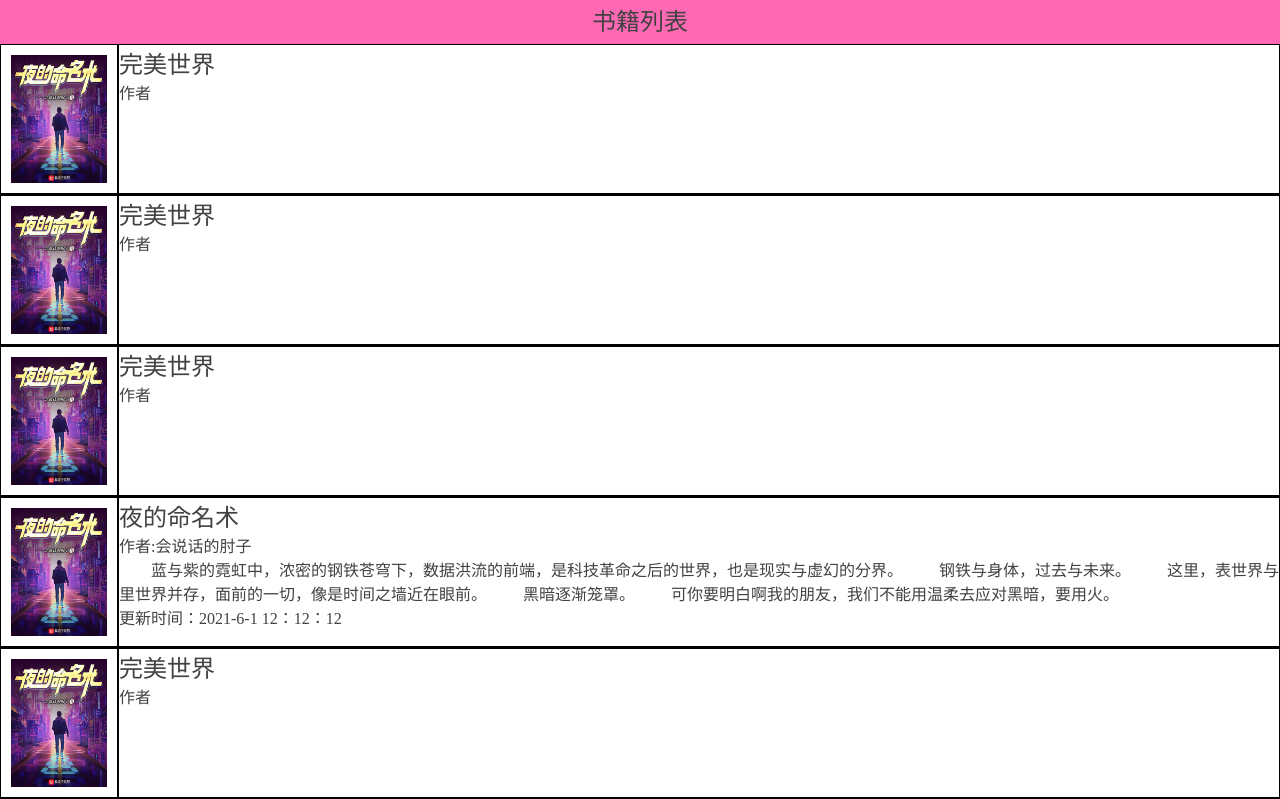
Repository: razzh7/javascript-demo
Page: 自动阅读插件/index.html
These files come from the project's save history. The page is drawn as it stood at one moment and after the next save; the edit follows.
The browser window is 1280 px wide. The pictures show the whole page.

Above is the page before, as saved 2021-06-29 10:44:52.

### 自动阅读插件/index.html
<!DOCTYPE html>
<html lang="cn">
<head>
  <meta charset="UTF-8">
  <meta http-equiv="X-UA-Compatible" content="IE=edge">
  <meta name="viewport" content="width=device-width, initial-scale=1.0">
  <title>Document</title>
  <link rel="stylesheet" href="./css/common.css" />
  <link rel="stylesheet" href="./css/index.css" />
</head>
<body>
  <div class="list-hd">
    <h2>书籍列表</h2>
  </div>
  <div class="container">
    <ul class="bk-list">
      <li class="list-item">
        <a href="#" class="item-lk">
          <div class="bk-pic">
            <img src="./img/180.jpg" alt="">
          </div>
          <div class="bk-info">
            <h2>完美世界</h2>
            <p>作者</p>
          </div>
        </a>
      </li>
      <li class="list-item">
        <a href="#" class="item-lk">
          <div class="bk-pic">
            <img src="./img/180.jpg" alt="">
          </div>
          <div class="bk-info">
            <h2>完美世界</h2>
            <p>作者</p>
          </div>
        </a>
      </li>
      <li class="list-item">
        <a href="#" class="item-lk">
          <div class="bk-pic">
            <img src="./img/180.jpg" alt="">
          </div>
          <div class="bk-info">
            <h2>完美世界</h2>
            <p>作者</p>
          </div>
        </a>
      </li>
      <li class="list-item">
        <a href="#" class="item-lk">
          <div class="bk-pic">
            <img src="./img/180.jpg" alt="">
          </div>
          <div class="bk-info">
            <h2>夜的命名术</h2>
            <p>作者:会说话的肘子</p>
            <p>　　蓝与紫的霓虹中，浓密的钢铁苍穹下，数据洪流的前端，是科技革命之后的世界，也是现实与虚幻的分界。
              　　钢铁与身体，过去与未来。
              　　这里，表世界与里世界并存，面前的一切，像是时间之墙近在眼前。
              　　黑暗逐渐笼罩。
              　　可你要明白啊我的朋友，我们不能用温柔去应对黑暗，要用火。</p>
            <p>更新时间：2021-6-1 12：12：12</p>
          </div>
        </a>
      </li>
      <li class="list-item">
        <a href="#" class="item-lk">
          <div class="bk-pic">
            <img src="./img/180.jpg" alt="">
          </div>
          <div class="bk-info">
            <h2>完美世界</h2>
            <p>作者</p>
          </div>
        </a>
      </li>
    </ul>
  </div>
</body>
</html>

### 自动阅读插件/css/common.css
body {
  margin: 0;
}
div {
  box-sizing: border-box;
}
h1,
h2,
h3,
h4,
h5,
h6,p {
  margin: 0;
  font-weight: normal;
  color: #424242;
}
ul {
  margin: 0;
  padding: 0;
}
img {
  height: 100%;
}
a {
  text-decoration: none;
}

### 自动阅读插件/css/index.css
/* 外盒子height44px */
/* background-color为什么写在color上面 */
/* 内联元素最好不要嵌套块级元素 */
/* 公共样式写img height100% -> 给img的父盒子设置宽度就可以适应高度了 */
/* 两栏32' */
/* 38' common样式表 */
/* 标准黑： #424242 */
/* 文字省略3大件
overflow: hidden
text-overflow: ellipsis
wihite-space: nowrap */
.list-hd {
  height: 44px;
  line-height: 44px;
  text-align: center;
  background-color: hotpink;
  color: #fff;
}
.container .list-item {
  height: 150px;
  border-bottom: 1px solid #000;
}
.container .list-item .item-lk {
  position: relative;
  display: block;
  height: 100%;
}
.container .list-item .bk-pic {
  position: absolute;
  top: 0;
  left: 0;
  padding: 10px;
  height: 100%;
  border: 1px solid #000;
}
.container .list-item .bk-info {
  border: 1px solid #000;
  margin-left: 118px;
  height: 100%;
}

After the next save:
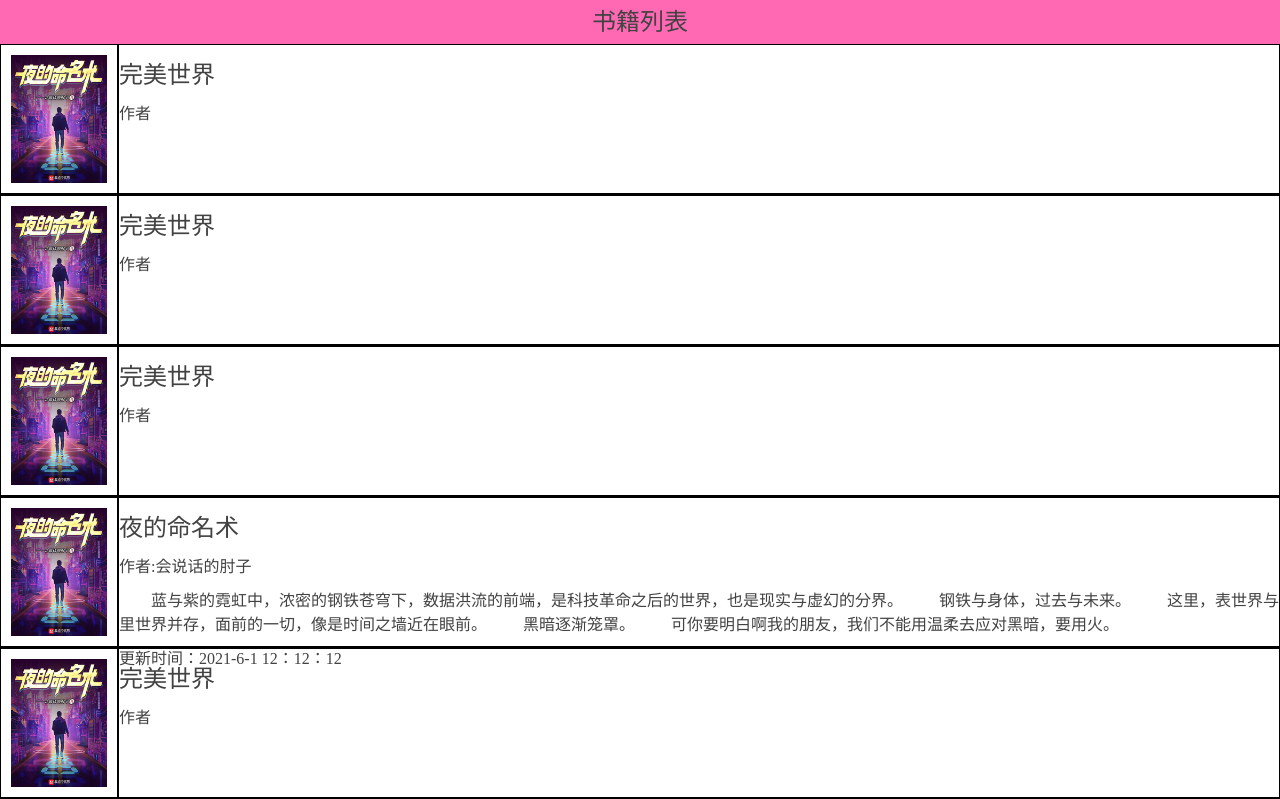
Saved 34 s later.
--- a/自动阅读插件/css/index.css
+++ b/自动阅读插件/css/index.css
@@ -38,3 +38,6 @@
   margin-left: 118px;
   height: 100%;
 }
+.container .list-item .bk-info h2,p {
+  margin-top: 10px;
+}
